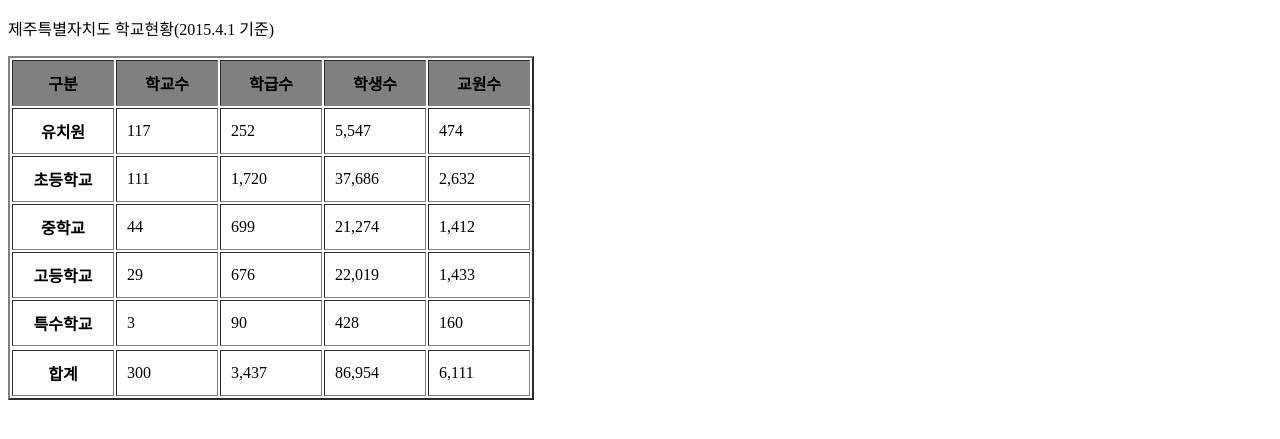
Repository: seulhwangbo/SeulJSP
Page: jspSrc17/webStandard01/src/main/webapp/02/table06.html
These files come from the project's save history. The page is drawn as it stood at one moment and after the next save; the edit follows.
The browser window is 1280 px wide. The pictures show the whole page.

Above is the page before, as saved 2024-06-13 06:49:51.

After the next save:
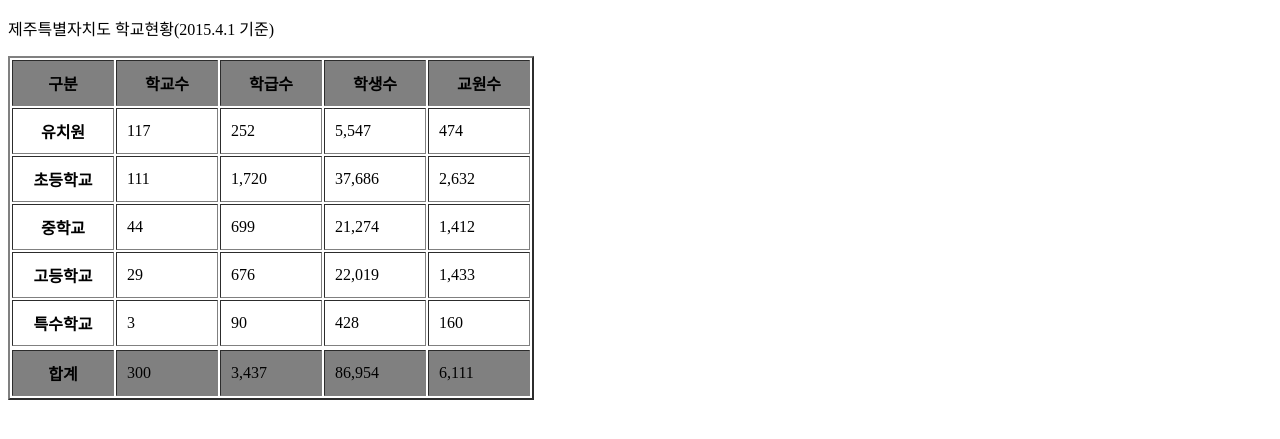
Saved 7 s later.
--- a/jspSrc17/webStandard01/src/main/webapp/02/table06.html
+++ b/jspSrc17/webStandard01/src/main/webapp/02/table06.html
@@ -13,7 +13,7 @@ td {
 	padding: 10px;
 }
 
-thead {
+thead,tfoot {
 	background-color: gray;
 }
 </style>
